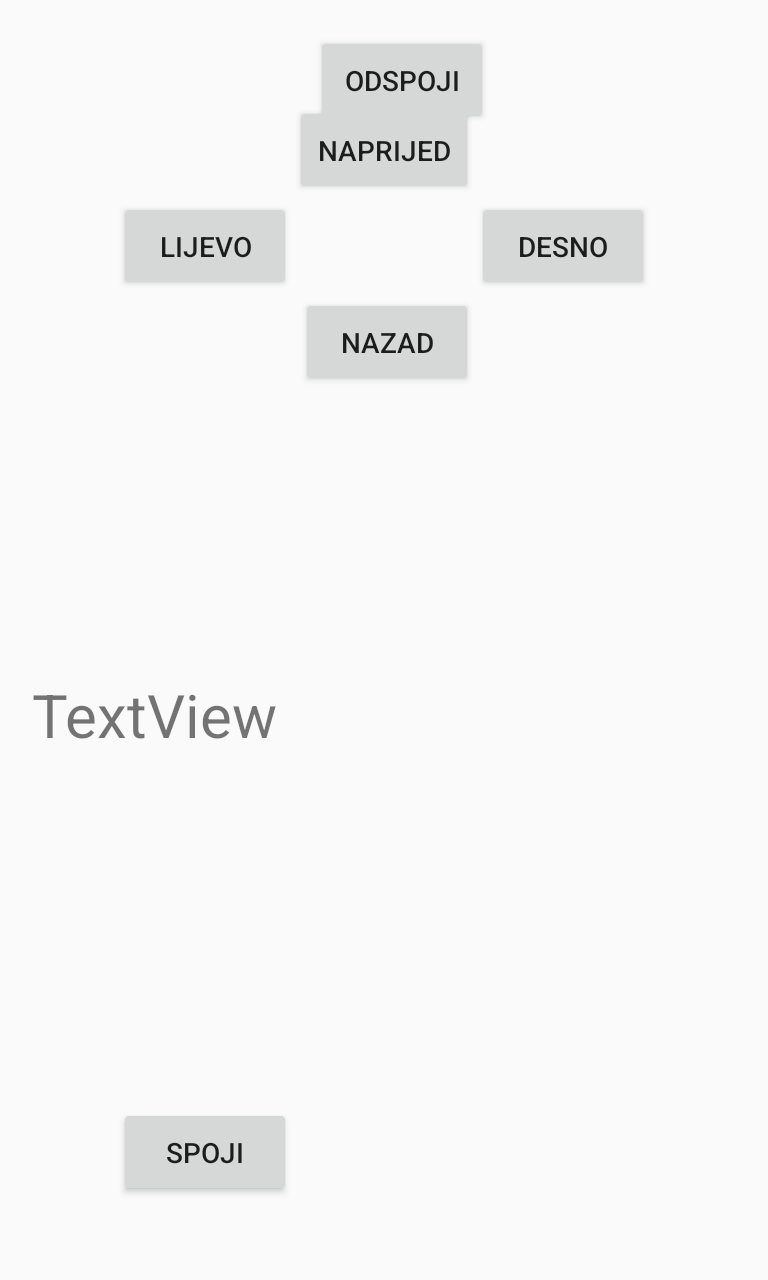
Repository: jmlakar2/Arduino
Layout: mroBot/eclipse/MroBot/res/layout/activity_main.xml
An editor plug-in stored every save of this project. The layout is shown before and after the next save, followed by the edit.
It is drawn on a 768 x 1280 px phone screen (xhdpi) without system bars, with theme AppTheme; the app's code is not run.

Above is the layout before, as saved 2015-03-06 20:52:26.

### mroBot/eclipse/MroBot/res/layout/activity_main.xml
<RelativeLayout xmlns:android="http://schemas.android.com/apk/res/android"
    xmlns:tools="http://schemas.android.com/tools"
    android:layout_width="match_parent"
    android:layout_height="match_parent"
    android:paddingBottom="@dimen/activity_vertical_margin"
    android:paddingLeft="@dimen/activity_horizontal_margin"
    android:paddingRight="@dimen/activity_horizontal_margin"
    android:paddingTop="@dimen/activity_vertical_margin"
    tools:context="hr.com.mroBot.MainActivity" >

    <Button
        android:id="@+id/btnNaprijed"
        android:layout_width="wrap_content"
        android:layout_height="wrap_content"
        android:layout_alignParentTop="true"
        android:layout_centerHorizontal="true"
        android:layout_marginTop="35dp"
        android:text="Naprijed" />

    <Button
        android:id="@+id/btnDesno"
        android:layout_width="wrap_content"
        android:layout_height="wrap_content"
        android:layout_below="@+id/btnNaprijed"
        android:layout_toRightOf="@+id/btnNaprijed"
        android:text="Desno" />

    <Button
        android:id="@+id/btnLijevo"
        android:layout_width="wrap_content"
        android:layout_height="wrap_content"
        android:layout_alignBaseline="@+id/btnDesno"
        android:layout_alignBottom="@+id/btnDesno"
        android:layout_toLeftOf="@+id/btnNaprijed"
        android:text="Lijevo" />

    <Button
        android:id="@+id/btnNazad"
        android:layout_width="wrap_content"
        android:layout_height="wrap_content"
        android:layout_below="@+id/btnDesno"
        android:layout_toLeftOf="@+id/btnDesno"
        android:text="Nazad" />

    <TextView
        android:id="@+id/textView1"
        android:layout_width="wrap_content"
        android:layout_height="wrap_content"
        android:layout_alignParentLeft="true"
        android:layout_below="@+id/btnNazad"
        android:layout_marginTop="142dp"
        android:text="TextView"
        android:textSize="30dp" />

    <Button
        android:id="@+id/btnSpoji"
        android:layout_width="wrap_content"
        android:layout_height="wrap_content"
        android:layout_alignLeft="@+id/btnLijevo"
        android:layout_alignParentBottom="true"
        android:layout_marginBottom="24dp"
        android:text="Spoji" />

    <Button
        android:id="@+id/btnOdspoji"
        android:layout_width="wrap_content"
        android:layout_height="wrap_content"
        android:layout_alignBaseline="@+id/button1"
        android:layout_alignBottom="@+id/button1"
        android:layout_marginLeft="18dp"
        android:layout_toRightOf="@+id/textView1"
        android:text="Odspoji" />

</RelativeLayout>

Loaded but not shown: mroBot/eclipse/MroBot/res/values/styles.xml (common file); mroBot/eclipse/MroBot/res/values-v11/styles.xml (common file); mroBot/eclipse/MroBot/res/values-v14/styles.xml (common file); mroBot/eclipse/MroBot/res/values/dimens.xml (common file); mroBot/eclipse/MroBot/res/values-w820dp/dimens.xml (common file)

After the next save:
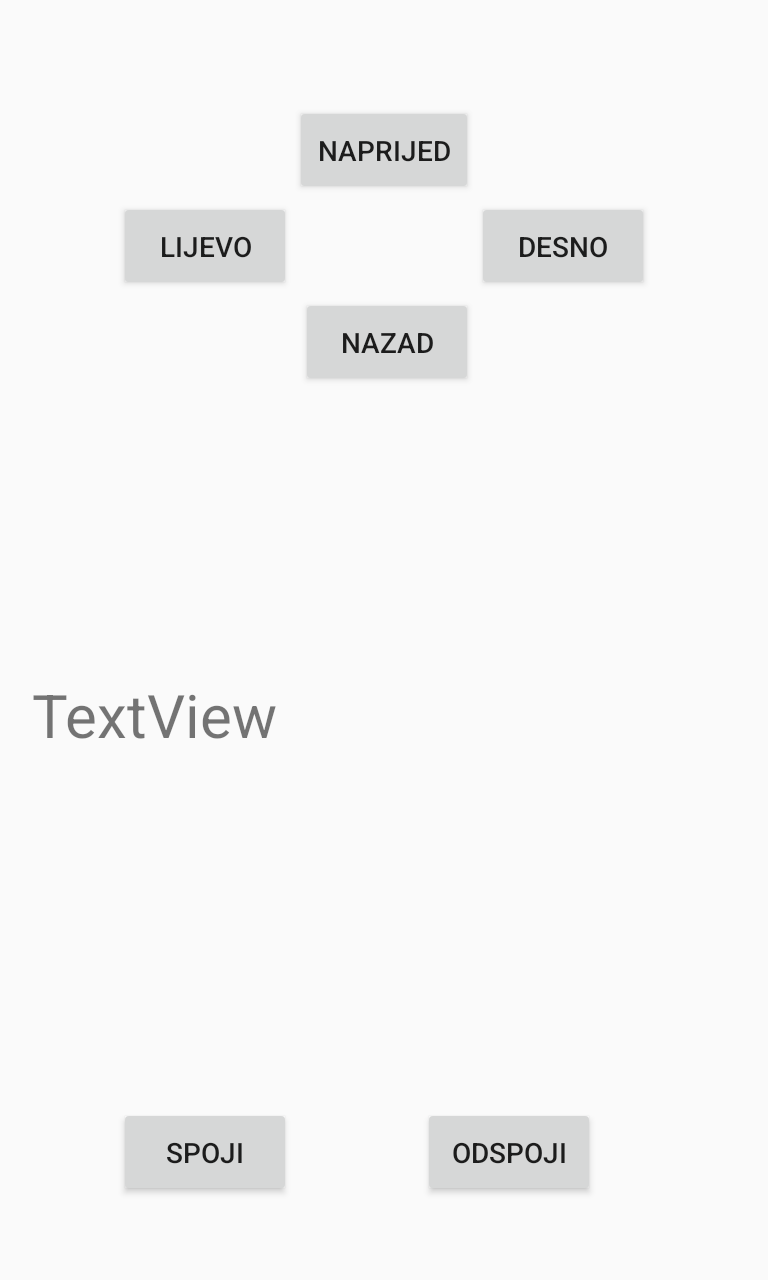
Saved 8 s later.
--- a/mroBot/eclipse/MroBot/res/layout/activity_main.xml
+++ b/mroBot/eclipse/MroBot/res/layout/activity_main.xml
@@ -65,10 +65,10 @@
         android:id="@+id/btnOdspoji"
         android:layout_width="wrap_content"
         android:layout_height="wrap_content"
-        android:layout_alignBaseline="@+id/button1"
-        android:layout_alignBottom="@+id/button1"
-        android:layout_marginLeft="18dp"
-        android:layout_toRightOf="@+id/textView1"
+        android:layout_alignBaseline="@+id/btnSpoji"
+        android:layout_alignBottom="@+id/btnSpoji"
+        android:layout_alignRight="@+id/btnDesno"
+        android:layout_marginRight="27dp"
         android:text="Odspoji" />
 
 </RelativeLayout>
